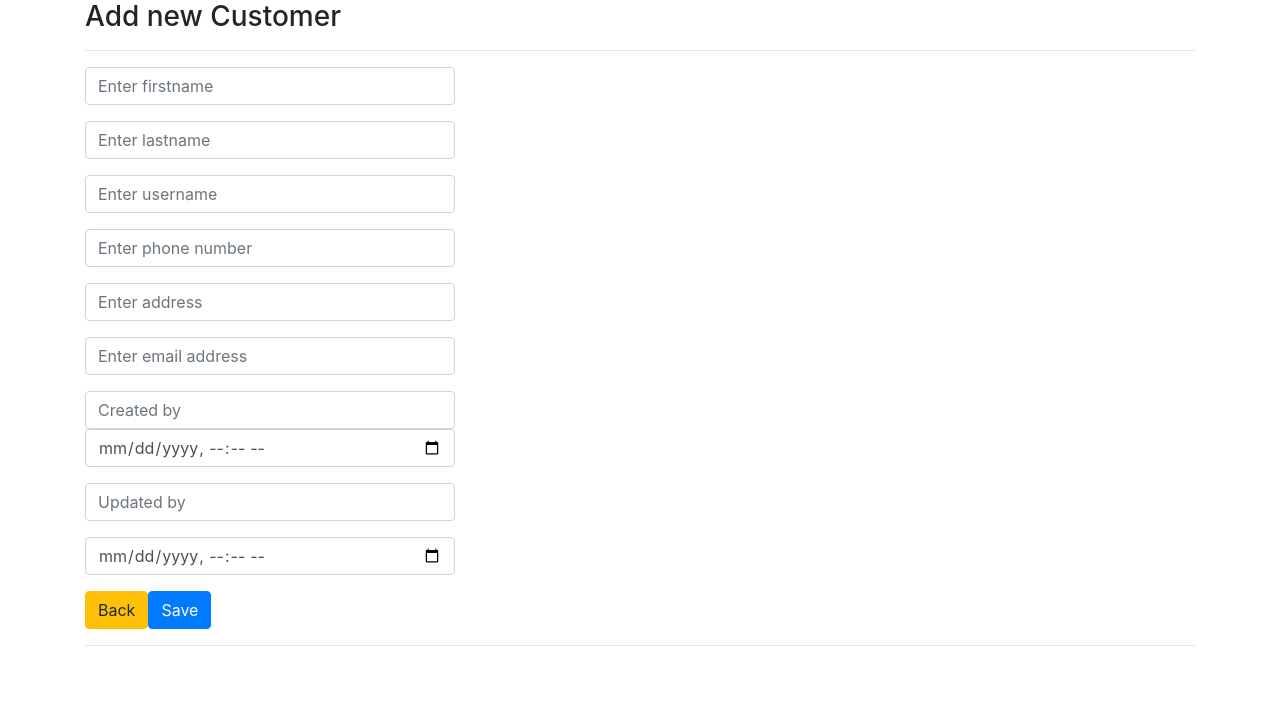
Repository: messimacky/Movie-Rental-System-Front-End
Page: /add-customer
An editor plug-in stored every save of this project. The page is shown before and after the next save, followed by the edit.
The browser window is 1280 px wide. The pictures show the whole page.
The project was rebuilt for these pictures with package versions that can differ from the ones it lists, and the page was loaded fresh each time. Also part of the build but not shown: src/services/movie.service.js, src/components/AddMovie.js, src/components/MoviesList.js, src/components/NotFound.js, src/components/login/Login.js, src/components/CustomerList.js, src/services/rental.service.js, src/components/RentalsList.js and 4 more.

Above is the page before, as saved 2022-04-21 15:56:10.

After the next save:
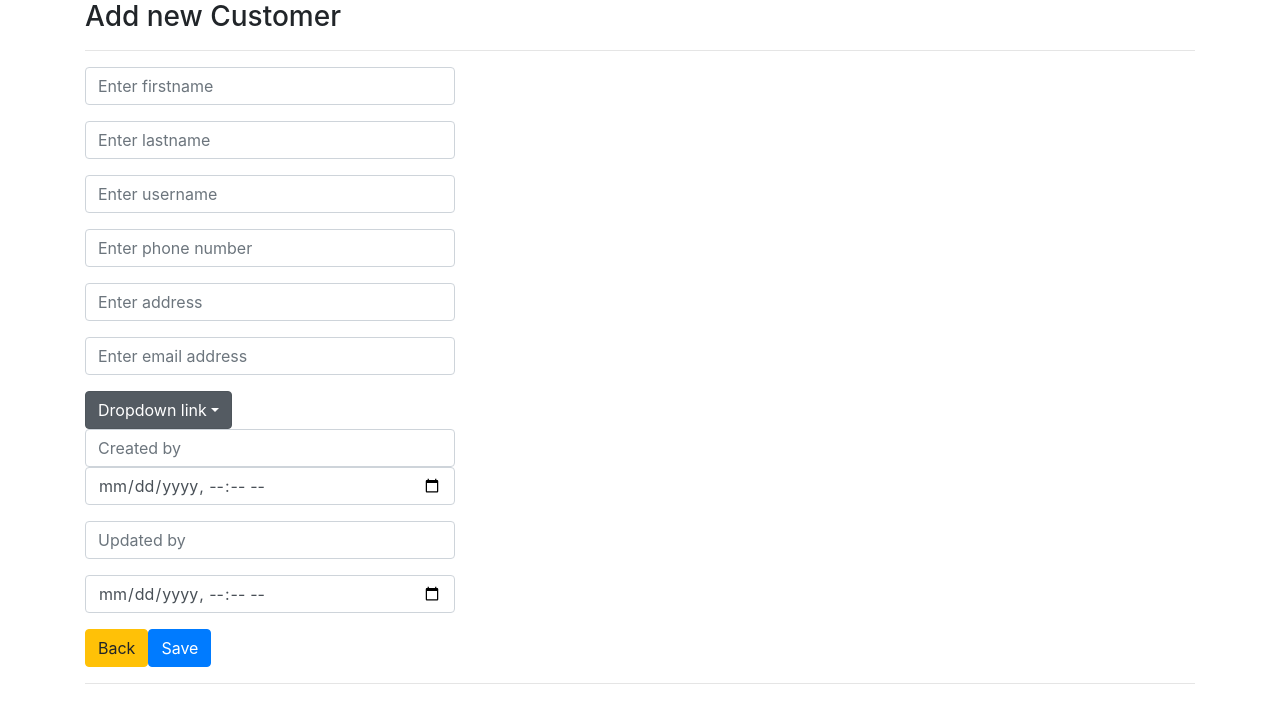
Saved 22 s later.
--- a/src/components/AddCustomer.js
+++ b/src/components/AddCustomer.js
@@ -156,6 +156,9 @@
 
 
                 <div class="dropdown show">
+                    <a class="btn btn-secondary dropdown-toggle" href="#" role="button" id="dropdownMenuLink" data-toggle="dropdown" aria-haspopup="true" aria-expanded="false">
+                        Dropdown link
+                    </a>
 
                     <div class="dropdown-menu" aria-labelledby="dropdownMenuLink">
                         <a class="dropdown-item" href="#">Action</a>

After the save that followed:
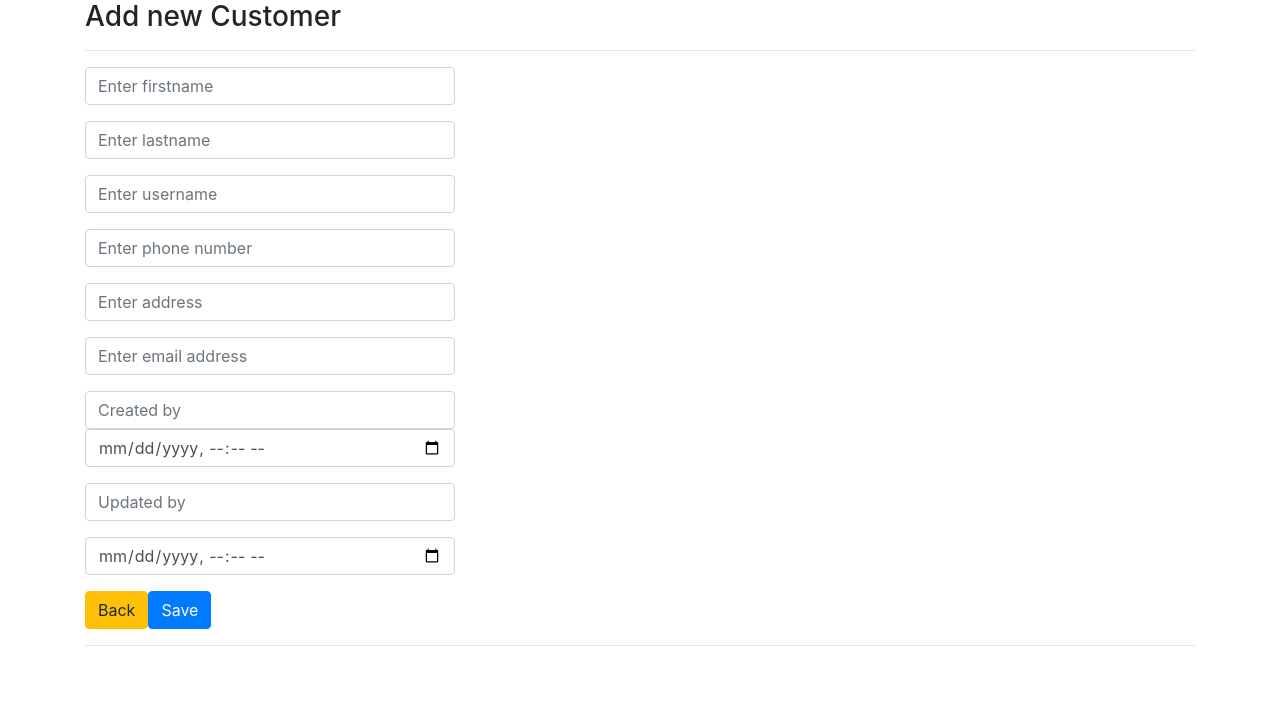
Saved 14 s later.
--- a/src/components/AddCustomer.js
+++ b/src/components/AddCustomer.js
@@ -155,17 +155,6 @@
                 </div>
 
 
-                <div class="dropdown show">
-                    <a class="btn btn-secondary dropdown-toggle" href="#" role="button" id="dropdownMenuLink" data-toggle="dropdown" aria-haspopup="true" aria-expanded="false">
-                        Dropdown link
-                    </a>
-
-                    <div class="dropdown-menu" aria-labelledby="dropdownMenuLink">
-                        <a class="dropdown-item" href="#">Action</a>
-                        <a class="dropdown-item" href="#">Another action</a>
-                        <a class="dropdown-item" href="#">Something else here</a>
-                    </div>
-                </div>
 
 
 
